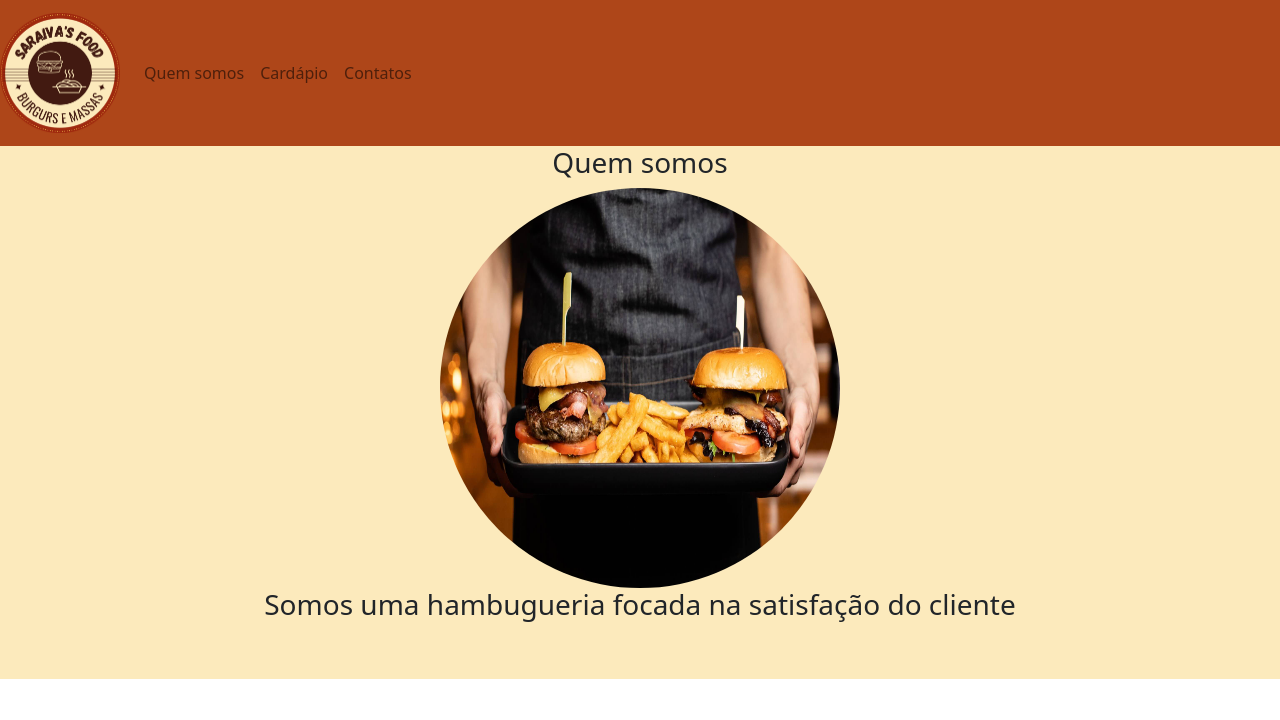
Repository: Tuanemendes/curso_bootstrap
Page: projeto1/index.html
The author's editor kept a copy of each file at every save. The page is drawn from the files as they stood at one save, then again after the next save.
The browser window is 1280 px wide. The pictures show the whole page.

Above is the page before, as saved 2022-04-04 16:49:49.

After the next save:
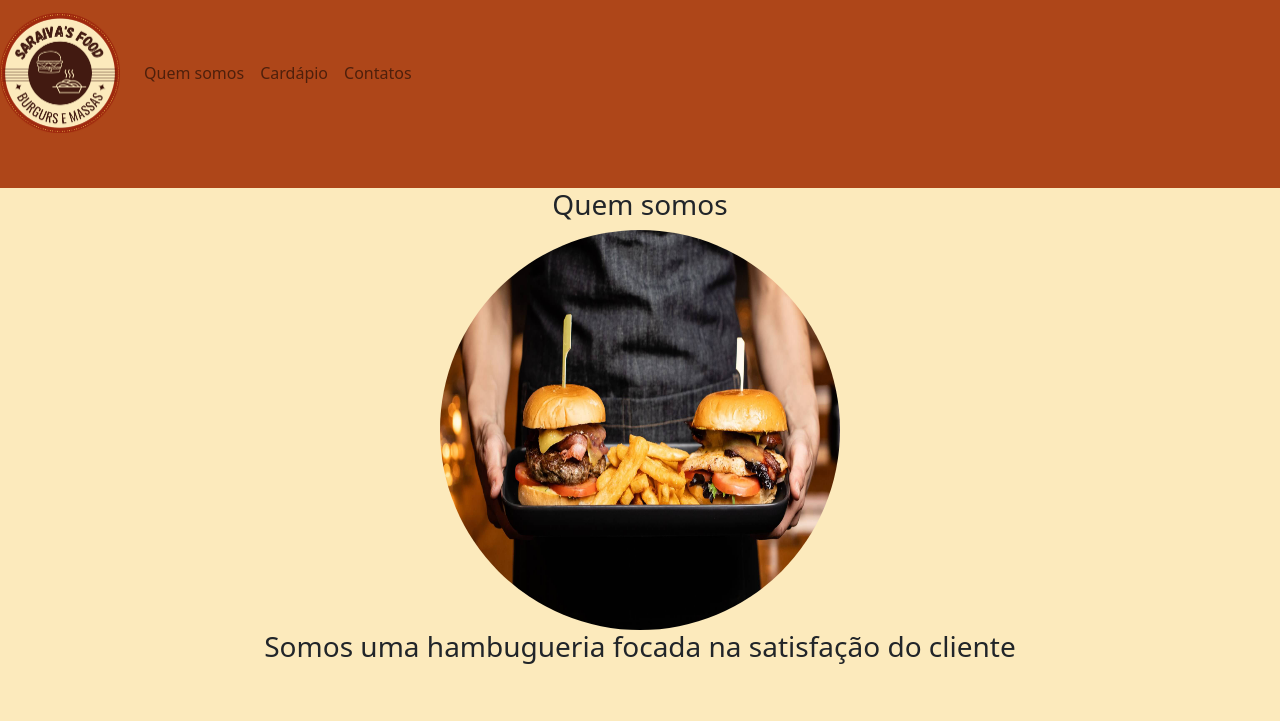
Saved 15 s later.
--- a/projeto1/index.html
+++ b/projeto1/index.html
@@ -9,7 +9,7 @@
 </head>
 
 <body>
-    <nav class="navbar navbar-expand-lg navbar-light">
+    <nav class="navbar navbar-expand-lg navbar-light margin">
         <a class="navbar-brand" href="#">
             <img src="/img/saraivasfood.png" alt="logo" width="120" height="120">
         </a>
